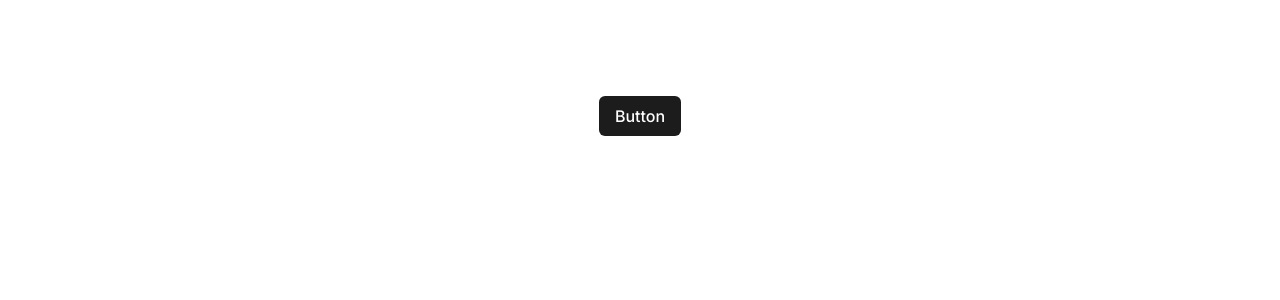
Repository: ggonzaga29/polarized-dashboard
Page: /
An editor plug-in stored every save of this project. The page is shown before and after the next save, followed by the edit.
The browser window is 1280 px wide. The pictures show the whole page.
The project was rebuilt for these pictures with package versions that can differ from the ones it lists, and the page was loaded fresh each time. The framework's server and built-in components were replaced by stand-ins that run in the browser. Also part of the build but not shown: next.config.js.

Above is the page before, as saved 2023-08-03 12:44:41.

### src/app/layout.jsx
import './globals.css';
import { Inter } from 'next/font/google';
import { ThemeProvider } from '@/context/theme-provider';

const inter = Inter({ subsets: ['latin'] });

export const metadata = {
  title: 'Polarized | Dashboard',
};

export default function RootLayout({ children }) {
  return (
    <html lang="en">
      <body className={inter.className}>
        <ThemeProvider attribute="class" defaultTheme="system" enableSystem>
          {children}
        </ThemeProvider>
      </body>
    </html>
  );
}

### src/app/page.jsx
import Image from 'next/image';
import { Button } from '@/components/ui/button';

export default function Home() {
  return (
    <main className="flex min-h-screen flex-col items-center justify-between p-24">
			<Button>Button</Button>
    </main>
  );
}

### src/app/globals.css
@tailwind base;
@tailwind components;
@tailwind utilities;

@layer base {
  :root {
    /* --background: 0 0% 100%;
    --foreground: 240 10% 3.9%;

    --muted: 240 4.8% 95.9%;
    --muted-foreground: 240 3.8% 46.1%;

    --popover: 0 0% 100%;
    --popover-foreground: 240 10% 3.9%;

    --card: 0 0% 100%;
    --card-foreground: 240 10% 3.9%;

    --border: 240 5.9% 90%;
    --input: 240 5.9% 90%;

    --primary: 240 5.9% 10%;
    --primary-foreground: 0 0% 98%;

    --secondary: 240 4.8% 95.9%;
    --secondary-foreground: 240 5.9% 10%;

    --accent: 240 4.8% 95.9%;
    --accent-foreground: 240 5.9% 10%;

    --destructive: 0 84.2% 60.2%;
    --destructive-foreground: 0 0% 98%;

    --ring: 240 5% 64.9%;

    --radius: 0.5rem; */

    /* 1C1C1C */
    --black-100: hsl(0, 0%, 11%);
    --black-80: hsl(0%, 11%, 80%);

    --white-100: hsl(0, 0%, 100%);
    --white-80: hsl(0, 0%, 80%);
    --white-40: hsl(0, 0%, 40%);
    --white-20: hsl(0, 0%, 20%);
    --white-10: hsl(0, 0%, 10%);
    --white-5: hsl(0, 0%, 5%);

    /* F7F9FB */
    --primary-light: hsl(210, 50%, 98%);
    /* E3F5FF */
    --primary-blue: hsl(210, 90%, 95%);
    /* E5ECF6 */
    --primary-purple: hsl(240, 20%, 90%);
    /* 1C1C1C */
    --primary-brand: hsl(0, 0%, 11%);

    /* 95A4FC */
    --secondary-purple-a: hsl(240, 60%, 75%);
    /* A8C5DA */
    --secondary-blue-a: hsl(200, 30%, 75%);
    /* E3F5FF */
    --secondary-blue-b: hsl(210, 90%, 95%);
    /* A1E3CB */
    --secondary-green-a: hsl(160, 70%, 75%);
    /* BAEDBD */
    --secondary-green-b: hsl(100, 40%, 75%);
    /* FFE999 */
    --secondary-yellow: hsl(50, 100%, 75%);
    /* FF4747 */
    --secondary-red: hsl(0, 100, 64);
  }

  .dark {
    /* --background: 240 10% 3.9%;
    --foreground: 0 0% 98%;

    --muted: 240 3.7% 15.9%;
    --muted-foreground: 240 5% 64.9%;

    --popover: 240 10% 3.9%;
    --popover-foreground: 0 0% 98%;

    --card: 240 10% 3.9%;
    --card-foreground: 0 0% 98%;

    --border: 240 3.7% 15.9%;
    --input: 240 3.7% 15.9%;

    --primary: 0 0% 98%;
    --primary-foreground: 240 5.9% 10%;

    --secondary: 240 3.7% 15.9%;
    --secondary-foreground: 0 0% 98%;

    --accent: 240 3.7% 15.9%;
    --accent-foreground: 0 0% 98%;

    --destructive: 0 62.8% 30.6%;
    --destructive-foreground: 0 85.7% 97.3%;

    --ring: 240 3.7% 15.9%; */
  }
}

@layer base {

}

### src/components/ui/button.jsx
import React from 'react';
import { cva } from 'class-variance-authority';
import { twMerge } from 'tailwind-merge';

const button = cva(
  [
    'inline-flex items-center justify-center font-medium transition-colors disabled:pointer-events-none disabled:opacity-50',
  ],
  {
    variants: {
      intent: {
        primary: ['bg-[#1C1C1C]', 'text-white'],
        secondary: ['bg-[#1C1C1C]', 'text-white'],
      },

      size: {
        sm: ['px-2', 'py-1', 'rounded-md'],
        md: ['px-4', 'py-2', 'rounded-md'],
        lg: ['px-6', 'py-3', 'rounded-md'],
      },
    },
  },
);

const Button = ({ intent, size, className, children }) => {
  if (!intent) intent = 'primary';
  if (!size) size = 'md';

  return (
    <button className={twMerge(button({ intent, size }), className)}>
      {children}
    </button>
  );
};

Button.displayName = 'Button';

export { Button };

### tailwind.config.js
/** @type {import('tailwindcss').Config} */
module.exports = {
	darkMode: ["class"],
	content: [
		'./pages/**/*.{js,jsx}',
		'./components/**/*.{js,jsx}',
		'./app/**/*.{js,jsx}',
		'./src/**/*.{js,jsx}',
	],
	theme: {
		// container: {
		//   center: true,
		//   padding: "2rem",
		//   screens: {
		//     "2xl": "1400px",
		//   },
		// },
		extend: {
			colors: {

				black: {
					DEFAULT: "#000000",
					100: "#F5F5F5",
					200: "#EEEEEE",


					// border: "hsl(var(--border))",
					// input: "hsl(var(--input))",
					// ring: "hsl(var(--ring))",
					// background: "hsl(var(--background))",
					// foreground: "hsl(var(--foreground))",
					// primary: {
					//   DEFAULT: "hsl(var(--primary))",
					//   foreground: "hsl(var(--primary-foreground))",
					// },
					// secondary: {
					//   DEFAULT: "hsl(var(--secondary))",
					//   foreground: "hsl(var(--secondary-foreground))",
					// },
					// destructive: {
					//   DEFAULT: "hsl(var(--destructive))",
					//   foreground: "hsl(var(--destructive-foreground))",
					// },
					// muted: {
					//   DEFAULT: "hsl(var(--muted))",
					//   foreground: "hsl(var(--muted-foreground))",
					// },
					// accent: {
					//   DEFAULT: "hsl(var(--accent))",
					//   foreground: "hsl(var(--accent-foreground))",
					// },
					// popover: {
					//   DEFAULT: "hsl(var(--popover))",
					//   foreground: "hsl(var(--popover-foreground))",
					// },
					// card: {
					//   DEFAULT: "hsl(var(--card))",
					//   foreground: "hsl(var(--card-foreground))",
					// },
				},
				borderRadius: {
					// lg: "var(--radius)",
					// md: "calc(var(--radius) - 2px)",
					// sm: "calc(var(--radius) - 4px)",
				},
				keyframes: {
					// "accordion-down": {
					//   from: { height: 0 },
					//   to: { height: "var(--radix-accordion-content-height)" },
					// },
					// "accordion-up": {
					//   from: { height: "var(--radix-accordion-content-height)" },
					//   to: { height: 0 },
					// },
				},
				animation: {
					// "accordion-down": "accordion-down 0.2s ease-out",
					// "accordion-up": "accordion-up 0.2s ease-out",
				},
			},
		},
		plugins: [require("tailwindcss-animate")],
	}
}

Loaded but not shown: src/context/theme-provider.jsx (common file)

After the next save:
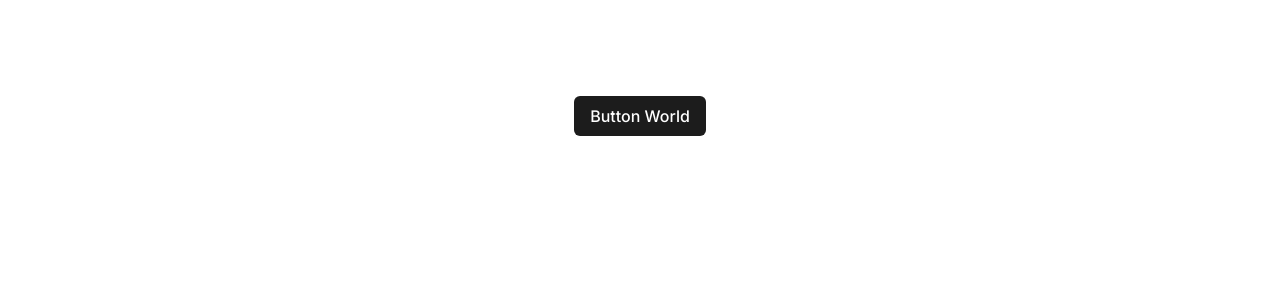
Saved 13 s later.
--- a/src/app/page.jsx
+++ b/src/app/page.jsx
@@ -4,7 +4,7 @@ import { Button } from '@/components/ui/button';
 export default function Home() {
   return (
     <main className="flex min-h-screen flex-col items-center justify-between p-24">
-			<Button>Button</Button>
+			<Button>Button World</Button>
     </main>
   );
 }
